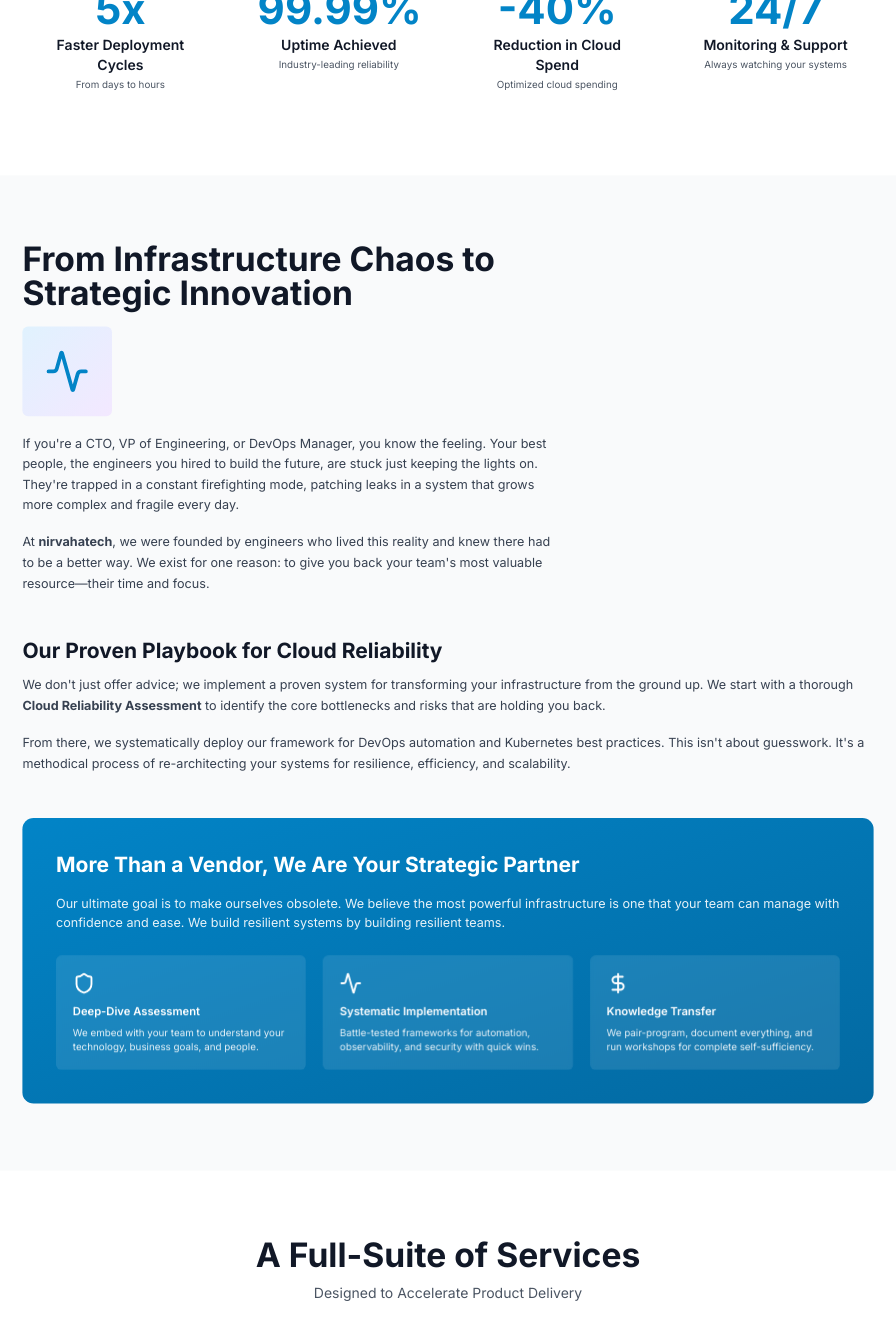
Repository: nirvaha-tech/nirva-monorepo
Page: / (app in frontend/)
The author's editor kept a copy of each file at every save. The page is drawn from the files as they stood at one save, then again after the next save.
The browser window is 1280 px wide. The pictures show the part of the page from y = 882 to 2802 px (the page is 5803 px tall before and 7183 px after), at 70% of full size.
The project was rebuilt for these pictures with package versions that can differ from the ones it lists, and the page was loaded fresh each time. The framework's server and built-in components were replaced by stand-ins that run in the browser. Also part of the build but not shown: frontend/next.config.js.

Above is the page before, as saved 2025-11-14 22:45:49.

### frontend/src/app/layout.tsx
/**
 * Root layout component
 *
 * Copyright (c) 2024 Nirvahatech. All rights reserved.
 * This software is proprietary and confidential.
 */

import type { Metadata } from "next";
import { Inter } from "next/font/google";
import "./globals.css";

const inter = Inter({ subsets: ["latin"], variable: "--font-inter" });

export const metadata: Metadata = {
  title: "Nirvahatech | Expert DevOps & Cloud Infrastructure Solutions",
  description:
    "Stop firefighting. Start innovating. Expert-led DevOps for tech leaders who need scalable, self-healing infrastructure. Transform chaos into reliability.",
  keywords: [
    "DevOps",
    "Kubernetes",
    "Cloud Infrastructure",
    "AWS",
    "CI/CD",
    "GitOps",
    "DevSecOps",
    "FinOps",
    "Infrastructure Automation",
  ],
  authors: [{ name: "Nirvahatech" }],
  openGraph: {
    title: "Nirvahatech | Expert DevOps & Cloud Infrastructure Solutions",
    description:
      "Transform your infrastructure from chaos to reliability. Expert-led DevOps automation for scaling tech companies.",
    type: "website",
    locale: "en_US",
    siteName: "Nirvahatech",
  },
  twitter: {
    card: "summary_large_image",
    title: "Nirvahatech | Expert DevOps & Cloud Infrastructure Solutions",
    description:
      "Transform your infrastructure from chaos to reliability. Expert-led DevOps automation for scaling tech companies.",
  },
  robots: {
    index: true,
    follow: true,
  },
};

export default function RootLayout({
  children,
}: {
  children: React.ReactNode;
}) {
  return (
    <html lang="en" className="scroll-smooth">
      <body className={`${inter.variable} font-sans antialiased`}>
        {children}
      </body>
    </html>
  );
}

### frontend/src/app/page.tsx
import { Header } from "@/components/Header";
import { Hero } from "@/components/Hero";
import { Stats } from "@/components/Stats";
import { About } from "@/components/About";
import { Services } from "@/components/Services";
import { Testimonials } from "@/components/Testimonials";
import { Contact } from "@/components/Contact";
import { Footer } from "@/components/Footer";
import { SmoothScroll } from "@/components/SmoothScroll";

export default function Home() {
  return (
    <main className="min-h-screen">
      <SmoothScroll />
      <Header />
      <Hero />
      <Stats />
      <About />
      <Services />
      <Testimonials />
      <Contact />
      <Footer />
    </main>
  );
}

### frontend/src/app/globals.css
@tailwind base;
@tailwind components;
@tailwind utilities;

@layer base {
  :root {
    --background: 0 0% 100%;
    --foreground: 222.2 84% 4.9%;
  }

  * {
    border-color: hsl(var(--border, 214.3 31.8% 91.4%));
  }

  body {
    @apply bg-white text-gray-900;
  }

  html {
    scroll-behavior: smooth;
  }
}

@layer utilities {
  .text-balance {
    text-wrap: balance;
  }

  /* Custom animations */
  @keyframes blob {
    0% {
      transform: translate(0px, 0px) scale(1);
    }
    33% {
      transform: translate(30px, -50px) scale(1.1);
    }
    66% {
      transform: translate(-20px, 20px) scale(0.9);
    }
    100% {
      transform: translate(0px, 0px) scale(1);
    }
  }

  .animate-blob {
    animation: blob 7s infinite;
  }

  .animation-delay-2000 {
    animation-delay: 2s;
  }

  .animation-delay-4000 {
    animation-delay: 4s;
  }

  /* Smooth transitions for reduced motion */
  @media (prefers-reduced-motion: reduce) {
    *,
    *::before,
    *::after {
      animation-duration: 0.01ms !important;
      animation-iteration-count: 1 !important;
      transition-duration: 0.01ms !important;
    }
  }

  /* Custom gradient animation */
  @keyframes gradient {
    0% {
      background-position: 0% 50%;
    }
    50% {
      background-position: 100% 50%;
    }
    100% {
      background-position: 0% 50%;
    }
  }

  .animate-gradient {
    background-size: 200% 200%;
    animation: gradient 15s ease infinite;
  }

  /* Shimmer effect for loading states */
  @keyframes shimmer {
    0% {
      background-position: -1000px 0;
    }
    100% {
      background-position: 1000px 0;
    }
  }

  .animate-shimmer {
    animation: shimmer 2s infinite;
    background: linear-gradient(to right, #f6f7f8 0%, #edeef1 20%, #f6f7f8 40%, #f6f7f8 100%);
    background-size: 1000px 100%;
  }

  /* Pulse glow effect */
  @keyframes pulse-glow {
    0%, 100% {
      box-shadow: 0 0 5px rgba(14, 165, 233, 0.5);
    }
    50% {
      box-shadow: 0 0 20px rgba(14, 165, 233, 0.8);
    }
  }

  .animate-pulse-glow {
    animation: pulse-glow 2s ease-in-out infinite;
  }
}

### frontend/src/components/Header.tsx
"use client";

import { useState, useEffect } from "react";
import { Menu, X } from "lucide-react";

export function Header() {
  const [isScrolled, setIsScrolled] = useState(false);
  const [isMobileMenuOpen, setIsMobileMenuOpen] = useState(false);

  useEffect(() => {
    const handleScroll = () => {
      setIsScrolled(window.scrollY > 20);
    };
    window.addEventListener("scroll", handleScroll);
    return () => window.removeEventListener("scroll", handleScroll);
  }, []);

  const navLinks = [
    { href: "#about-section", label: "About" },
    { href: "#services-section", label: "Services" },
    { href: "#testimonials-section", label: "Testimonials" },
    { href: "#contact-section", label: "Contact" },
  ];

  return (
    <header
      className={`fixed top-0 left-0 right-0 z-50 transition-all duration-300 ${
        isScrolled
          ? "bg-white/95 backdrop-blur-md shadow-md"
          : "bg-transparent"
      }`}
    >
      <div className="max-w-7xl mx-auto px-4 sm:px-6 lg:px-8">
        <div className="flex justify-between items-center h-16 md:h-20">
          {/* Logo */}
          <a href="#" className="text-2xl font-bold text-primary-600">
            nirvahatech
          </a>

          {/* Desktop Navigation */}
          <nav className="hidden md:flex items-center space-x-8">
            {navLinks.map((link) => (
              <a
                key={link.href}
                href={link.href}
                className="text-gray-700 hover:text-primary-600 transition-colors font-medium"
              >
                {link.label}
              </a>
            ))}
          </nav>

          {/* Mobile Menu Button */}
          <button
            onClick={() => setIsMobileMenuOpen(!isMobileMenuOpen)}
            className="md:hidden p-2 text-gray-700"
            aria-label="Toggle menu"
          >
            {isMobileMenuOpen ? <X size={24} /> : <Menu size={24} />}
          </button>
        </div>

        {/* Mobile Navigation */}
        {isMobileMenuOpen && (
          <nav className="md:hidden py-4 border-t">
            {navLinks.map((link) => (
              <a
                key={link.href}
                href={link.href}
                onClick={() => setIsMobileMenuOpen(false)}
                className="block py-3 text-gray-700 hover:text-primary-600 transition-colors font-medium"
              >
                {link.label}
              </a>
            ))}
          </nav>
        )}
      </div>
    </header>
  );
}

### frontend/src/components/Stats.tsx
"use client";

import { motion } from "framer-motion";
import { AnimatedCounter } from "./AnimatedCounter";
import { AnimatedSection } from "./AnimatedSection";

export function Stats() {
  const stats = [
    {
      value: 5,
      suffix: "x",
      label: "Faster Deployment Cycles",
      description: "From days to hours",
    },
    {
      value: 99.99,
      suffix: "%",
      decimals: 2,
      label: "Uptime Achieved",
      description: "Industry-leading reliability",
    },
    {
      value: 40,
      prefix: "-",
      suffix: "%",
      label: "Reduction in Cloud Spend",
      description: "Optimized cloud spending",
    },
    {
      value: 24,
      suffix: "/7",
      label: "Monitoring & Support",
      description: "Always watching your systems",
    },
  ];

  const container = {
    hidden: { opacity: 0 },
    show: {
      opacity: 1,
      transition: {
        staggerChildren: 0.2,
      },
    },
  };

  const item = {
    hidden: { opacity: 0, y: 20 },
    show: { opacity: 1, y: 0 },
  };

  return (
    <section className="py-16 md:py-24 bg-white">
      <div className="max-w-7xl mx-auto px-4 sm:px-6 lg:px-8">
        <AnimatedSection animation="fade">
          <h2 className="text-3xl md:text-4xl font-bold text-center text-gray-900 mb-12">
            The Tangible Results of True Cloud Reliability
          </h2>
        </AnimatedSection>
        <motion.div
          variants={container}
          initial="hidden"
          whileInView="show"
          viewport={{ once: true, amount: 0.3 }}
          className="grid grid-cols-1 md:grid-cols-2 lg:grid-cols-4 gap-8"
        >
          {stats.map((stat, index) => (
            <motion.div
              key={index}
              variants={item}
              whileHover={{ scale: 1.05, y: -5 }}
              transition={{ type: "spring", stiffness: 300 }}
              className="text-center p-6 rounded-lg hover:bg-gradient-to-br hover:from-primary-50 hover:to-white hover:shadow-xl cursor-pointer group"
            >
              <div className="text-5xl md:text-6xl font-bold text-primary-600 mb-2 transition-all duration-300 group-hover:scale-110">
                <AnimatedCounter
                  end={stat.value}
                  suffix={stat.suffix}
                  prefix={stat.prefix}
                  decimals={stat.decimals}
                />
              </div>
              <div className="text-xl font-semibold text-gray-900 mb-1">
                {stat.label}
              </div>
              <div className="text-sm text-gray-600">{stat.description}</div>
            </motion.div>
          ))}
        </motion.div>
      </div>
    </section>
  );
}

### frontend/src/components/Testimonials.tsx
import { Quote, User } from "lucide-react";

export function Testimonials() {
  const testimonials = [
    {
      quote:
        "Working with nirvahatech was a game-changer. Our deployment times went from hours to minutes, and we've achieved 99.99% uptime. They didn't just fix our problems; they empowered our team to manage a truly scalable system. It's the best investment we've made in our tech stack.",
      name: "Sarah Johnson",
      title: "CTO",
      company: "QuantumLeap AI",
    },
    {
      quote:
        "Before nirvahatech, our cloud spend was chaotic. Their FinOps approach brought immediate clarity and helped us cut costs by over 30% without sacrificing performance. Their team feels like an extension of ours—true partners in our success.",
      name: "David Chen",
      title: "VP of Engineering",
      company: "NexaHealth",
    },
    {
      quote:
        "The level of Kubernetes expertise at nirvahatech is unmatched. They untangled a highly complex setup that had plagued us for years. Our developers are finally free to innovate instead of constantly firefighting. I can't recommend them enough.",
      name: "Michael Rodriguez",
      title: "DevOps Manager",
      company: "AID Genomics",
    },
  ];

  return (
    <section
      id="testimonials-section"
      className="py-16 md:py-24 bg-gradient-to-br from-gray-50 to-white"
    >
      <div className="max-w-7xl mx-auto px-4 sm:px-6 lg:px-8">
        <h2 className="text-3xl md:text-5xl font-bold text-center text-gray-900 mb-4">
          Trusted by the Innovators
        </h2>
        <p className="text-xl text-center text-gray-600 mb-16 max-w-3xl mx-auto">
          We don&apos;t just build infrastructure; we build partnerships. Here&apos;s what leaders from fast-growing startups are saying about working with nirvahatech.
        </p>

        {/* Testimonials Grid */}
        <div className="grid md:grid-cols-3 gap-8">
          {testimonials.map((testimonial, index) => (
            <div
              key={index}
              className="bg-white p-8 rounded-2xl shadow-lg border border-gray-100 hover:shadow-xl transition-all duration-300 hover:-translate-y-1 flex flex-col"
            >
              <div className="flex items-start justify-start mb-6">
                <Quote className="text-primary-600 opacity-50" size={32} />
              </div>

              <p className="text-gray-700 leading-relaxed flex-grow">
                {testimonial.quote}
              </p>

              <div className="flex items-center gap-4 pt-6 mt-6 border-t border-gray-100">
                <div className="flex-shrink-0">
                  <div className="w-16 h-16 rounded-full bg-gradient-to-br from-primary-500 to-secondary-500 flex items-center justify-center shadow-lg">
                    <User className="text-white" size={32} />
                  </div>
                </div>
                <div>
                  <div className="font-bold text-gray-900 text-lg">
                    {testimonial.name}
                  </div>
                  <div className="text-sm text-gray-600">
                    {testimonial.title}
                  </div>
                  <div className="text-sm text-primary-600 font-medium">
                    {testimonial.company}
                  </div>
                </div>
              </div>
            </div>
          ))}
        </div>
      </div>
    </section>
  );
}

### frontend/src/components/Footer.tsx
export function Footer() {
  const currentYear = new Date().getFullYear();

  return (
    <footer className="bg-gray-900 text-gray-300 py-12">
      <div className="max-w-7xl mx-auto px-4 sm:px-6 lg:px-8">
        <div className="grid md:grid-cols-3 gap-8 mb-8">
          <div>
            <div className="text-2xl font-bold text-white mb-4">
              nirvahatech
            </div>
            <p className="text-sm">
              Expert-led DevOps and cloud infrastructure solutions for scaling
              tech companies.
            </p>
          </div>

          <div>
            <h4 className="text-white font-semibold mb-4">Quick Links</h4>
            <ul className="space-y-2 text-sm">
              <li>
                <a
                  href="#about-section"
                  className="hover:text-primary-400 transition-colors"
                >
                  About
                </a>
              </li>
              <li>
                <a
                  href="#services-section"
                  className="hover:text-primary-400 transition-colors"
                >
                  Services
                </a>
              </li>
              <li>
                <a
                  href="#testimonials-section"
                  className="hover:text-primary-400 transition-colors"
                >
                  Testimonials
                </a>
              </li>
              <li>
                <a
                  href="#contact-section"
                  className="hover:text-primary-400 transition-colors"
                >
                  Contact
                </a>
              </li>
            </ul>
          </div>

          <div>
            <h4 className="text-white font-semibold mb-4">Get in Touch</h4>
            <p className="text-sm mb-2">
              Ready to transform your infrastructure?
            </p>
            <a
              href="#contact-section"
              className="inline-block px-6 py-2 bg-primary-600 text-white font-semibold rounded-lg hover:bg-primary-700 transition-colors text-sm"
            >
              Schedule Assessment
            </a>
          </div>
        </div>

        <div className="border-t border-gray-800 pt-8 text-center text-sm">
          <p>
            &copy; {currentYear} Nirvahatech. All rights reserved.
          </p>
        </div>
      </div>
    </footer>
  );
}

### frontend/src/components/SmoothScroll.tsx
/**
 * Smooth scroll component for navigation links
 *
 * Copyright (c) 2024 Nirvahatech. All rights reserved.
 */

"use client";

import { useEffect } from "react";

export function SmoothScroll() {
  useEffect(() => {
    const handleSmoothScroll = (e: MouseEvent) => {
      const target = e.target as HTMLElement;
      const href = target.getAttribute("href");

      if (href && href.startsWith("#")) {
        e.preventDefault();
        const element = document.querySelector(href);

        if (element) {
          const offset = 80; // Header height
          const elementPosition = element.getBoundingClientRect().top;
          const offsetPosition = elementPosition + window.pageYOffset - offset;

          window.scrollTo({
            top: offsetPosition,
            behavior: "smooth",
          });
        }
      }
    };

    // Add click listeners to all anchor links
    const links = document.querySelectorAll('a[href^="#"]');
    links.forEach((link) => {
      link.addEventListener("click", handleSmoothScroll as EventListener);
    });

    // Cleanup
    return () => {
      links.forEach((link) => {
        link.removeEventListener("click", handleSmoothScroll as EventListener);
      });
    };
  }, []);

  return null;
}

### frontend/src/components/AnimatedCounter.tsx
/**
 * Animated number counter component
 *
 * Copyright (c) 2024 Nirvahatech. All rights reserved.
 */

"use client";

import { useEffect, useState } from "react";
import { useInView } from "react-intersection-observer";
import CountUp from "react-countup";

interface AnimatedCounterProps {
  end: number;
  suffix?: string;
  prefix?: string;
  decimals?: number;
  duration?: number;
}

export function AnimatedCounter({
  end,
  suffix = "",
  prefix = "",
  decimals = 0,
  duration = 2.5,
}: AnimatedCounterProps) {
  const [ref, inView] = useInView({
    triggerOnce: true,
    threshold: 0.3,
  });

  const [startCount, setStartCount] = useState(false);

  useEffect(() => {
    if (inView) {
      setStartCount(true);
    }
  }, [inView]);

  return (
    <div ref={ref}>
      {startCount && (
        <CountUp
          start={0}
          end={end}
          duration={duration}
          decimals={decimals}
          prefix={prefix}
          suffix={suffix}
          separator=","
        />
      )}
      {!startCount && `${prefix}0${suffix}`}
    </div>
  );
}

### frontend/src/components/AnimatedSection.tsx
/**
 * Reusable animated section wrapper with scroll animations
 *
 * Copyright (c) 2024 Nirvahatech. All rights reserved.
 */

"use client";

import { motion } from "framer-motion";
import { useInView } from "react-intersection-observer";
import { ReactNode } from "react";

interface AnimatedSectionProps {
  children: ReactNode;
  animation?: "fade" | "slide-up" | "slide-left" | "slide-right" | "scale";
  delay?: number;
  duration?: number;
  className?: string;
}

export function AnimatedSection({
  children,
  animation = "fade",
  delay = 0,
  duration = 0.6,
  className = "",
}: AnimatedSectionProps) {
  const [ref, inView] = useInView({
    triggerOnce: true,
    threshold: 0.1,
  });

  const animations = {
    fade: {
      hidden: { opacity: 0 },
      visible: { opacity: 1 },
    },
    "slide-up": {
      hidden: { opacity: 0, y: 50 },
      visible: { opacity: 1, y: 0 },
    },
    "slide-left": {
      hidden: { opacity: 0, x: -50 },
      visible: { opacity: 1, x: 0 },
    },
    "slide-right": {
      hidden: { opacity: 0, x: 50 },
      visible: { opacity: 1, x: 0 },
    },
    scale: {
      hidden: { opacity: 0, scale: 0.8 },
      visible: { opacity: 1, scale: 1 },
    },
  };

  return (
    <motion.div
      ref={ref}
      initial="hidden"
      animate={inView ? "visible" : "hidden"}
      variants={animations[animation]}
      transition={{
        duration,
        delay,
        ease: [0.25, 0.46, 0.45, 0.94],
      }}
      className={className}
    >
      {children}
    </motion.div>
  );
}

### frontend/tailwind.config.ts
import type { Config } from "tailwindcss";

const config: Config = {
  content: [
    "./src/pages/**/*.{js,ts,jsx,tsx,mdx}",
    "./src/components/**/*.{js,ts,jsx,tsx,mdx}",
    "./src/app/**/*.{js,ts,jsx,tsx,mdx}",
  ],
  theme: {
    extend: {
      colors: {
        primary: {
          50: '#f0f9ff',
          100: '#e0f2fe',
          200: '#bae6fd',
          300: '#7dd3fc',
          400: '#38bdf8',
          500: '#0ea5e9',
          600: '#0284c7',
          700: '#0369a1',
          800: '#075985',
          900: '#0c4a6e',
          950: '#082f49',
        },
        secondary: {
          50: '#faf5ff',
          100: '#f3e8ff',
          200: '#e9d5ff',
          300: '#d8b4fe',
          400: '#c084fc',
          500: '#a855f7',
          600: '#9333ea',
          700: '#7e22ce',
          800: '#6b21a8',
          900: '#581c87',
          950: '#3b0764',
        },
      },
      fontFamily: {
        sans: ['var(--font-inter)', 'system-ui', 'sans-serif'],
      },
    },
  },
  plugins: [],
};

export default config;

Loaded but not shown: frontend/src/components/Contact.tsx (273 lines, source omitted); frontend/src/components/Symptoms.tsx (248 lines, source omitted); frontend/src/components/About.tsx (90 lines, source omitted); frontend/src/components/Hero.tsx (114 lines, source omitted); frontend/src/components/Services.tsx (101 lines, source omitted)

After the next save:
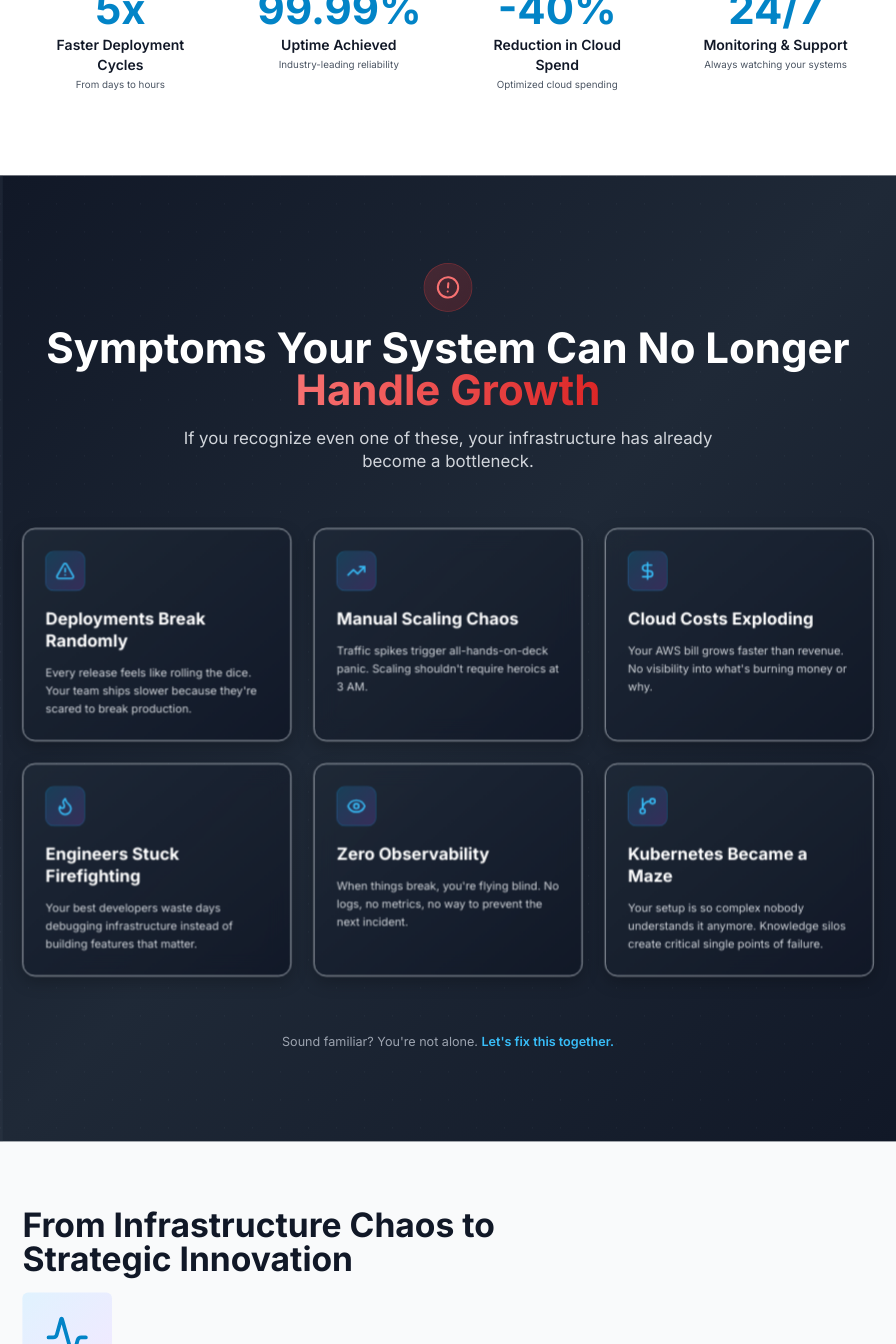
Saved 10 s later.
--- a/frontend/src/app/page.tsx
+++ b/frontend/src/app/page.tsx
@@ -1,6 +1,7 @@
 import { Header } from "@/components/Header";
 import { Hero } from "@/components/Hero";
 import { Stats } from "@/components/Stats";
+import { Symptoms } from "@/components/Symptoms";
 import { About } from "@/components/About";
 import { Services } from "@/components/Services";
 import { Testimonials } from "@/components/Testimonials";
@@ -15,6 +16,7 @@ export default function Home() {
       <Header />
       <Hero />
       <Stats />
+      <Symptoms />
       <About />
       <Services />
       <Testimonials />
